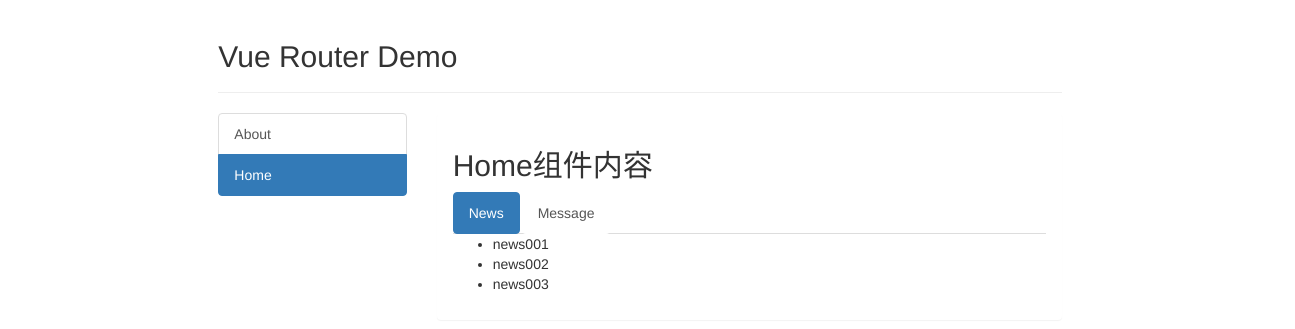
Repository: Crow7277/Vue2-
Page: /#/home
The author's editor kept a copy of each file at every save. The page is drawn from the files as they stood at one save, then again after the next save.
The browser window is 1280 px wide. The page is 1295 px wide, so the pictures cover 1295 px, including what lies to the right of the window. The pictures show the whole page.
The project was rebuilt for these pictures with package versions that can differ from the ones it lists, and the page was loaded fresh each time. Also part of the build but not shown: vue.config.js, src/pages/About.vue.

Above is the page before, as saved 2022-04-09 17:47:40.

After the next save:
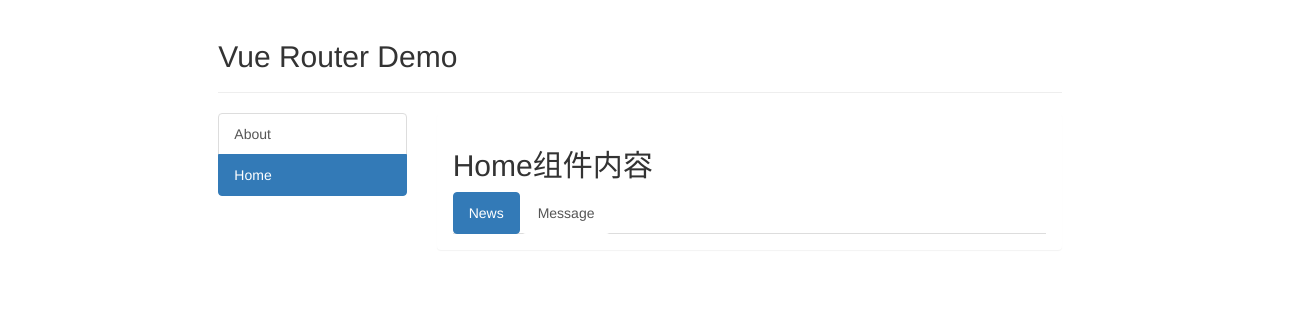
Saved 1 s later.
--- a/src/pages/Home.vue
+++ b/src/pages/Home.vue
@@ -10,11 +10,6 @@
                     <a class="list-group-item" href="./home-message.html">Message</a>
                 </li>
             </ul>
-            <ul>
-                <li>news001</li>
-                <li>news002</li>
-                <li>news003</li>
-            </ul>
         </div>
     </div>
 </template>
